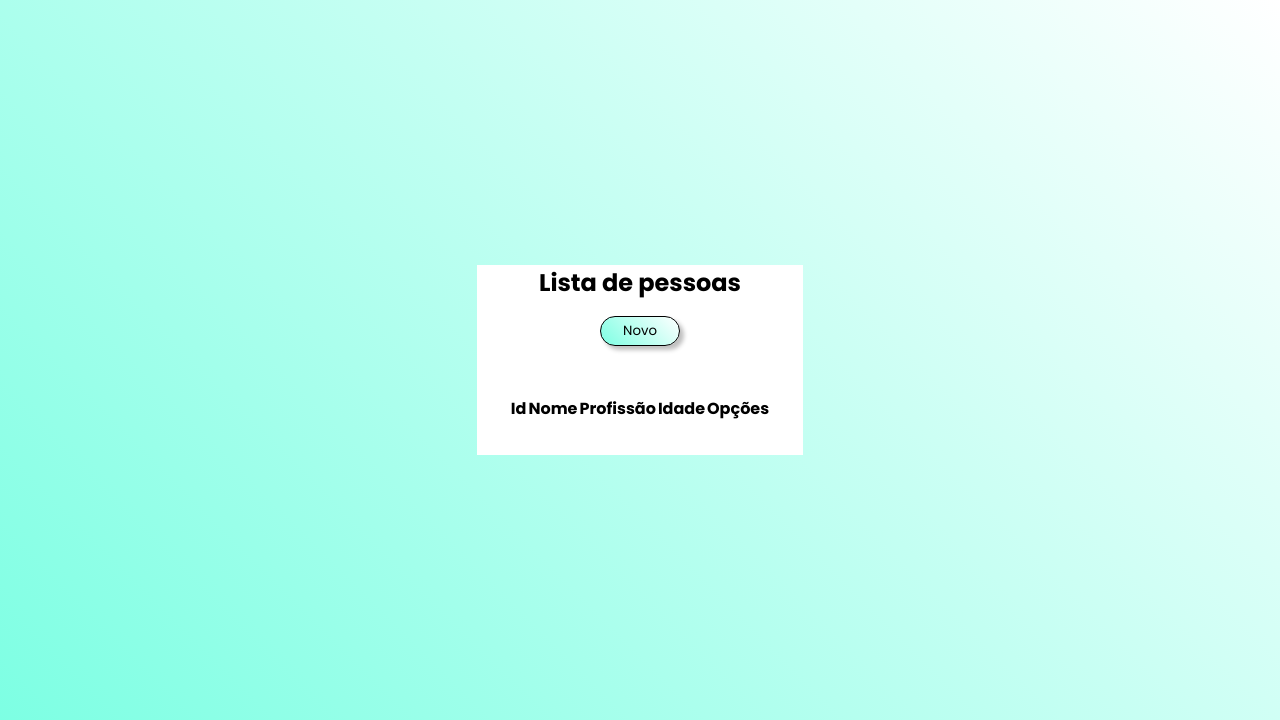
Repository: alef-torres/TesteUnicontrol
Page: http://localhost/desafioUnicontrol/main
An editor plug-in stored every save of this project. The page is shown before and after the next save, followed by the edit.
The browser window is 1280 px wide. The pictures show the whole page.
The page is served by Tomcat 9. Queries for data that is not in the repository find no rows.

Above is the page before, as saved 2024-02-10 22:59:13.

After the next save:
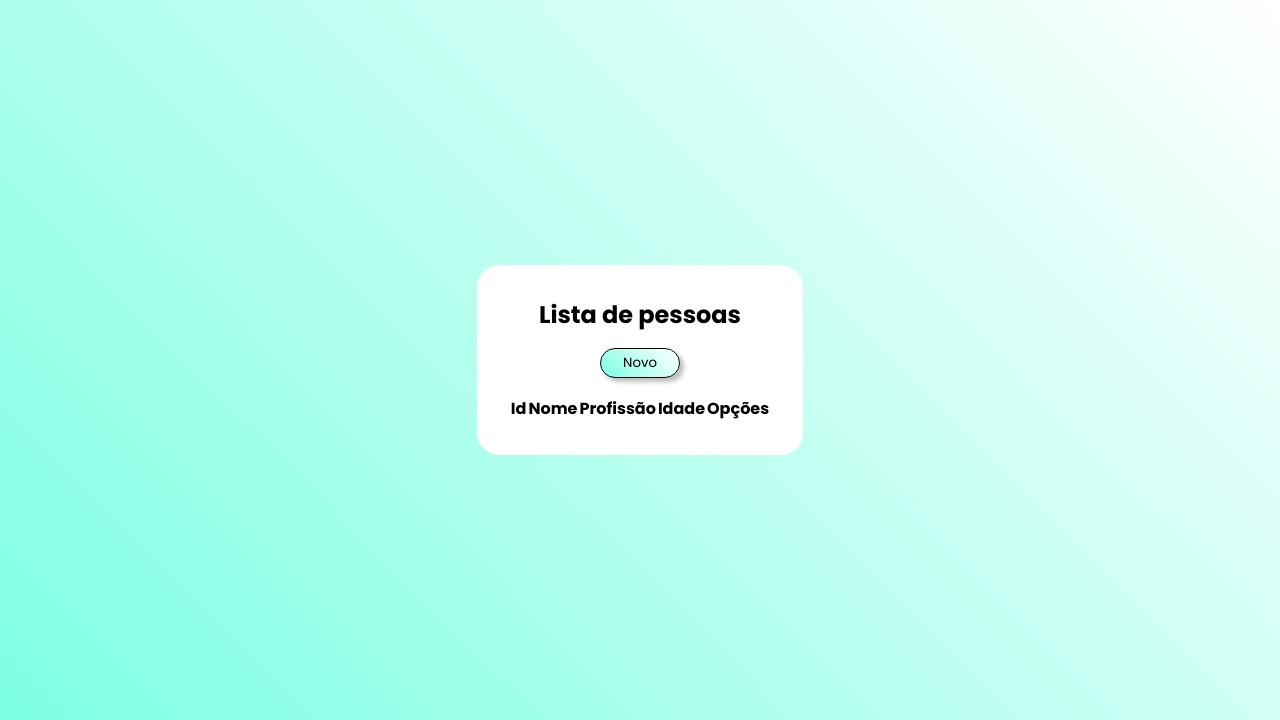
Saved 24 s later.
--- a/DesafioUnicontrol/desafioUnicontrol/src/main/webapp/estilo/pesquisa.css
+++ b/DesafioUnicontrol/desafioUnicontrol/src/main/webapp/estilo/pesquisa.css
@@ -30,6 +30,8 @@ div {
     align-items: center;
     gap: 1rem;
     background: white;
+    border-radius: 22px;
+    padding: 2rem;
 }
 
 .principal {
@@ -77,6 +79,5 @@ a {
 }
 
 table {
-    border-radius: 22px;
-    padding: 2rem;
+
 }
